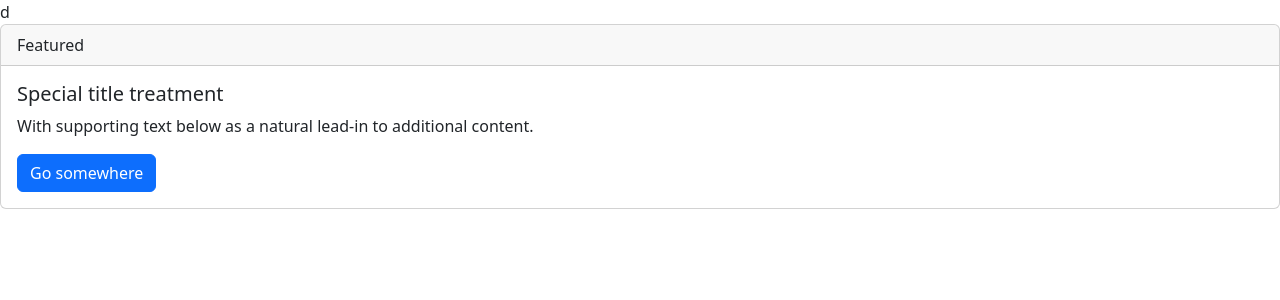
Repository: jontslater/INDIVIDUAL-PROJECT-sorting-hat
Page: index.html
An editor plug-in stored every save of this project. The page is shown before and after the next save, followed by the edit.
The browser window is 1280 px wide. The pictures show the whole page.

Above is the page before, as saved 2023-10-28 13:44:35.
Console error: TypeError: document.quertySelector is not a function

### index.html
d<!DOCTYPE html>
<html lang="en">
<head>
  <meta charset="UTF-8">
  <meta name="viewport" content="width=device-width, initial-scale=1.0">
  <title>SortingHat</title>
  <link rel="stylesheet" href="main.css">
  <link href="https://cdn.jsdelivr.net/npm/bootstrap@5.3.2/dist/css/bootstrap.min.css" rel="stylesheet" integrity="sha384-T3c6CoIi6uLrA9TneNEoa7RxnatzjcDSCmG1MXxSR1GAsXEV/Dwwykc2MPK8M2HN" crossorigin="anonymous">
</head>
<body>
  <div class="card">
    <div class="card-header">
      Featured
    </div>
    <div class="card-body">
      <h5 class="card-title">Special title treatment</h5>
      <p class="card-text">With supporting text below as a natural lead-in to additional content.</p>
      <a href="#" class="btn btn-primary">Go somewhere</a>
    </div>
  </div>

  <div id="app"></div>
  <script src="https://cdn.jsdelivr.net/npm/bootstrap@5.3.2/dist/js/bootstrap.bundle.min.js" integrity="sha384-C6RzsynM9kWDrMNeT87bh95OGNyZPhcTNXj1NW7RuBCsyN/o0jlpcV8Qyq46cDfL" crossorigin="anonymous"></script>
  <script src="main.js"></script>
</body>
</html>

### main.js
const app = document.quertySelector("app");

Loaded but not shown: main.css (no stored copy; drawn as an empty file)

After the next save:
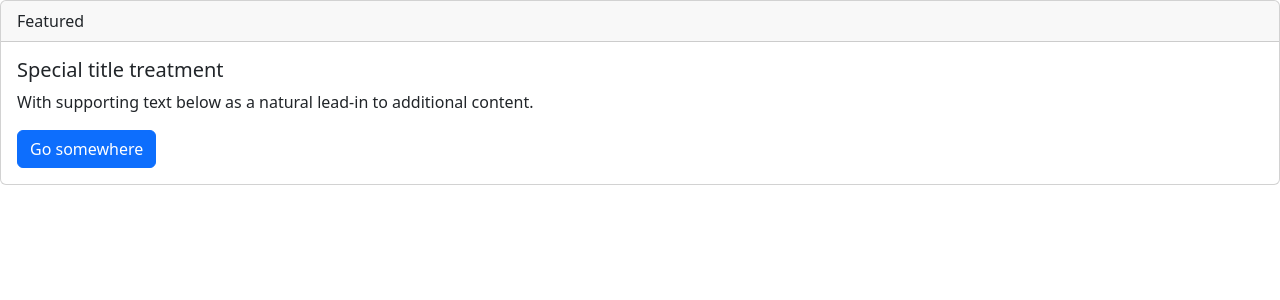
Saved 69 s later.
--- a/index.html
+++ b/index.html
@@ -1,4 +1,4 @@
-d<!DOCTYPE html>
+<!DOCTYPE html>
 <html lang="en">
 <head>
   <meta charset="UTF-8">
